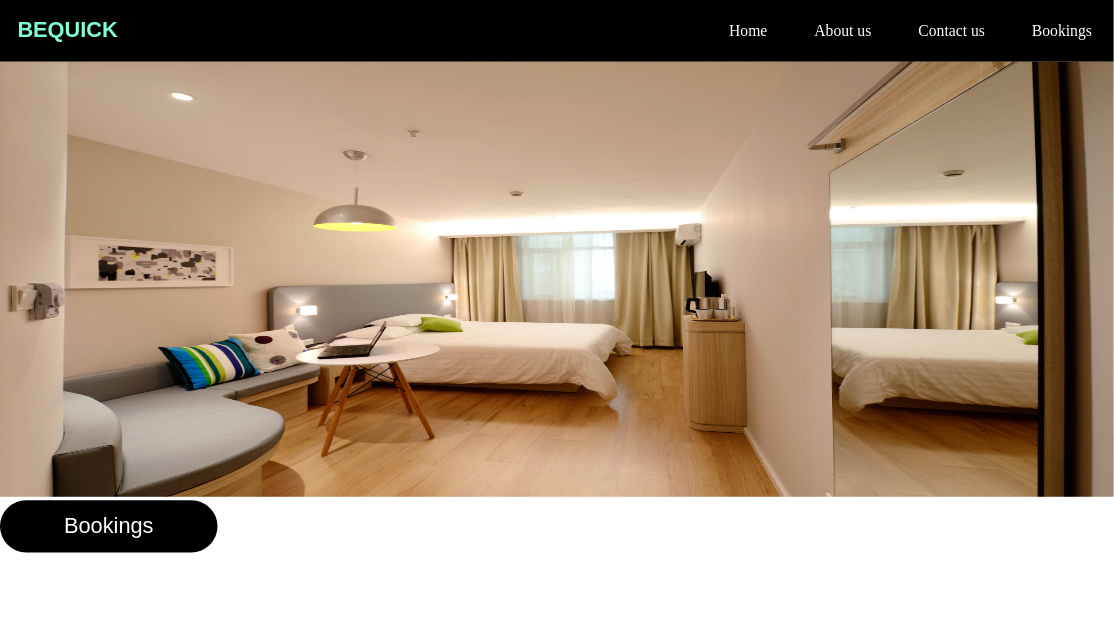
Repository: Ayushi6Sharma/BEQUICK_Hotel_Booking_Web
Page: index.html
These files come from the project's save history. The page is drawn as it stood at one moment and after the next save; the edit follows.
The browser window is 1280 px wide. The pictures show the whole page, at 87% of full size.

Above is the page before, as saved 2022-05-08 23:53:42.

After the next save:
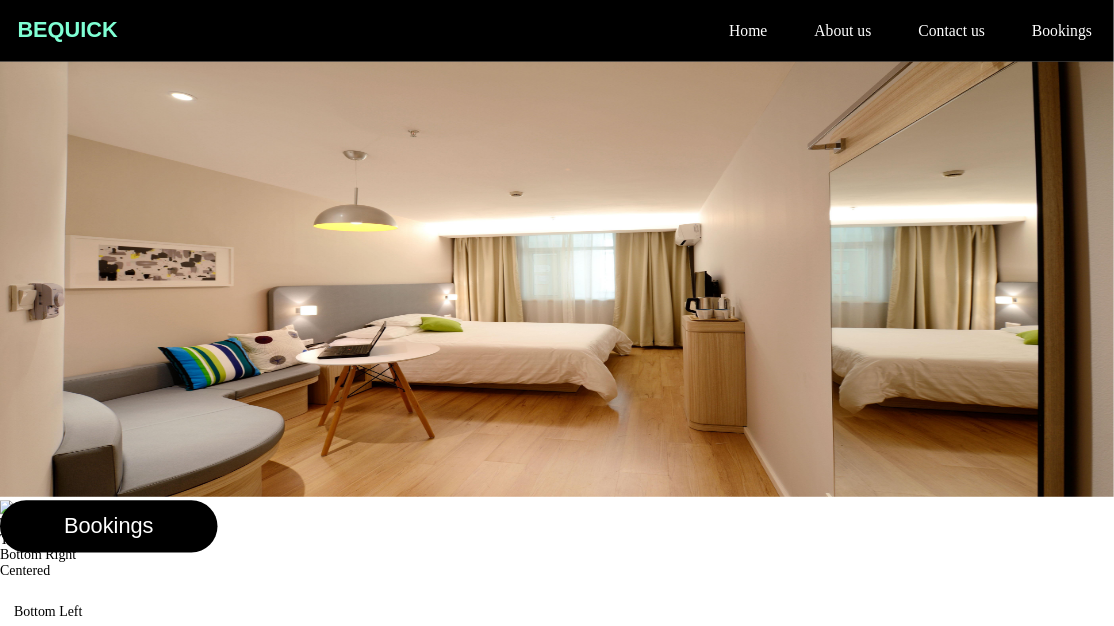
Not found: hotel-img-1
Saved 16 s later.
--- a/index.html
+++ b/index.html
@@ -25,6 +25,14 @@
                 <div class="bookings-btn">Bookings</div>
             </div>
         </section>
+        <div class="container">
+            <img src="hotel-img-1" alt="Snow" style="width:100%;">
+            <div class="bottom-left">Bottom Left</div>
+            <div class="top-left">Top Left</div>
+            <div class="top-right">Top Right</div>
+            <div class="bottom-right">Bottom Right</div>
+            <div class="centered">Centered</div>
+          </div>
     </main>
 </body>
 </html>

After the 2 saves that followed:
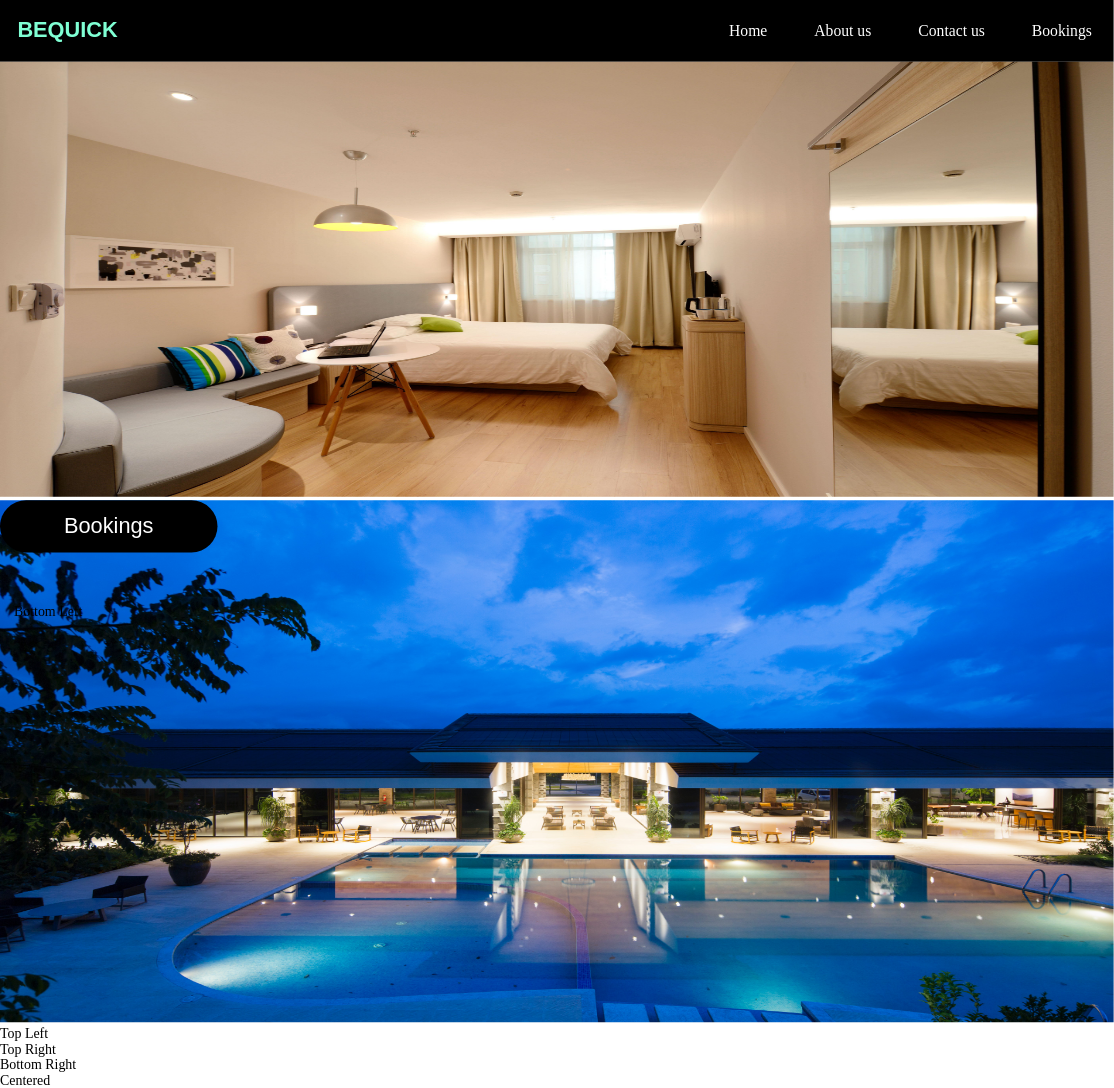
The 2 saves are shown as one change because 1 left the picture as it was.
The last was saved 74 s later.
--- a/index.html
+++ b/index.html
@@ -26,7 +26,7 @@
             </div>
         </section>
         <div class="container">
-            <img src="hotel-img-1" alt="Snow" style="width:100%;">
+            <img src="./images/hotel-img-1.jpg" alt="Snow" style="width:100%; height: 600px;">
             <div class="bottom-left">Bottom Left</div>
             <div class="top-left">Top Left</div>
             <div class="top-right">Top Right</div>
